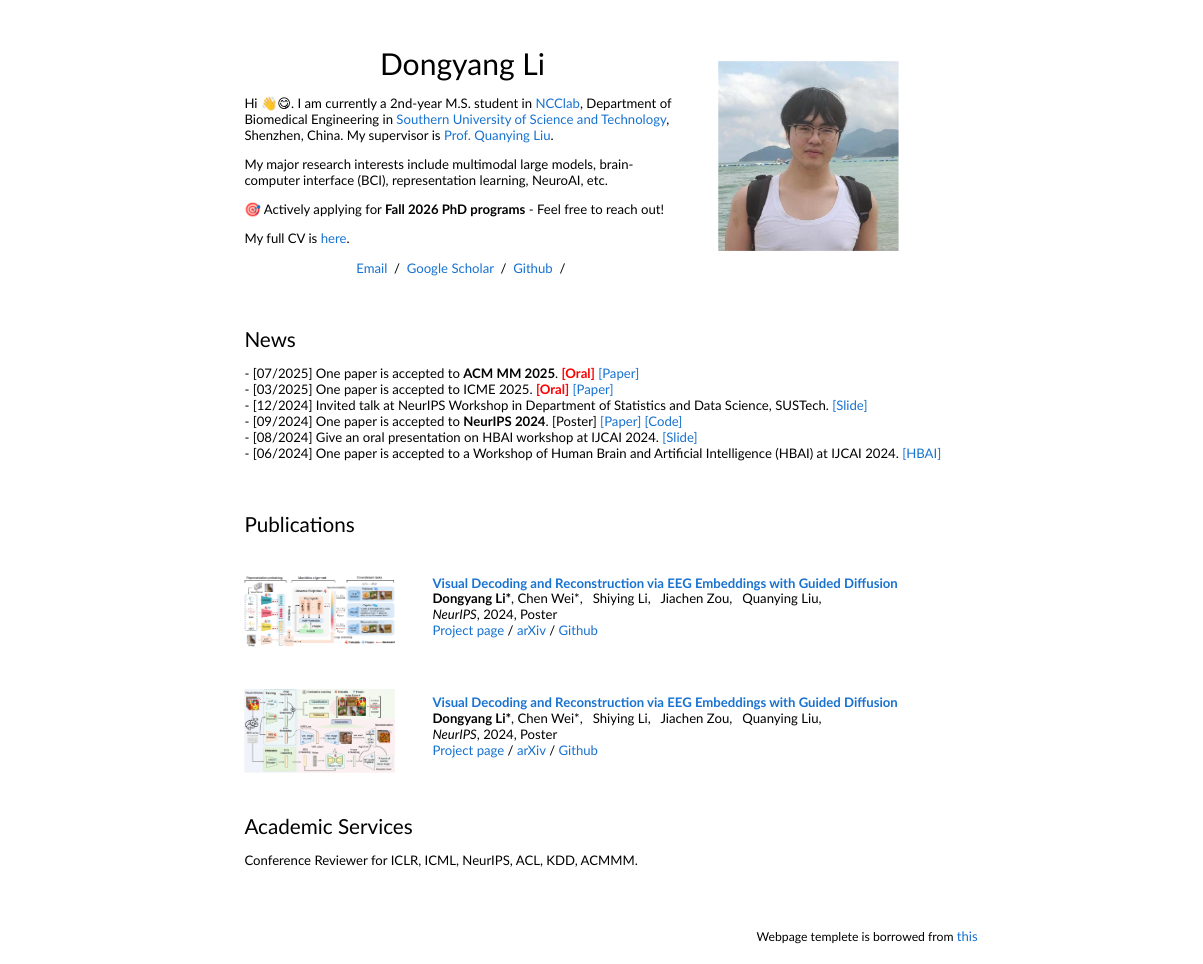
Repository: dongyangli-del/dongyangli-del.github.io
Page: index.html
An editor plug-in stored every save of this project. The page is shown before and after the next save, followed by the edit.
The browser window is 1280 px wide. The pictures show the whole page, at 94% of full size.

Above is the page before, as saved 2025-07-12 20:28:03.

After the next save:
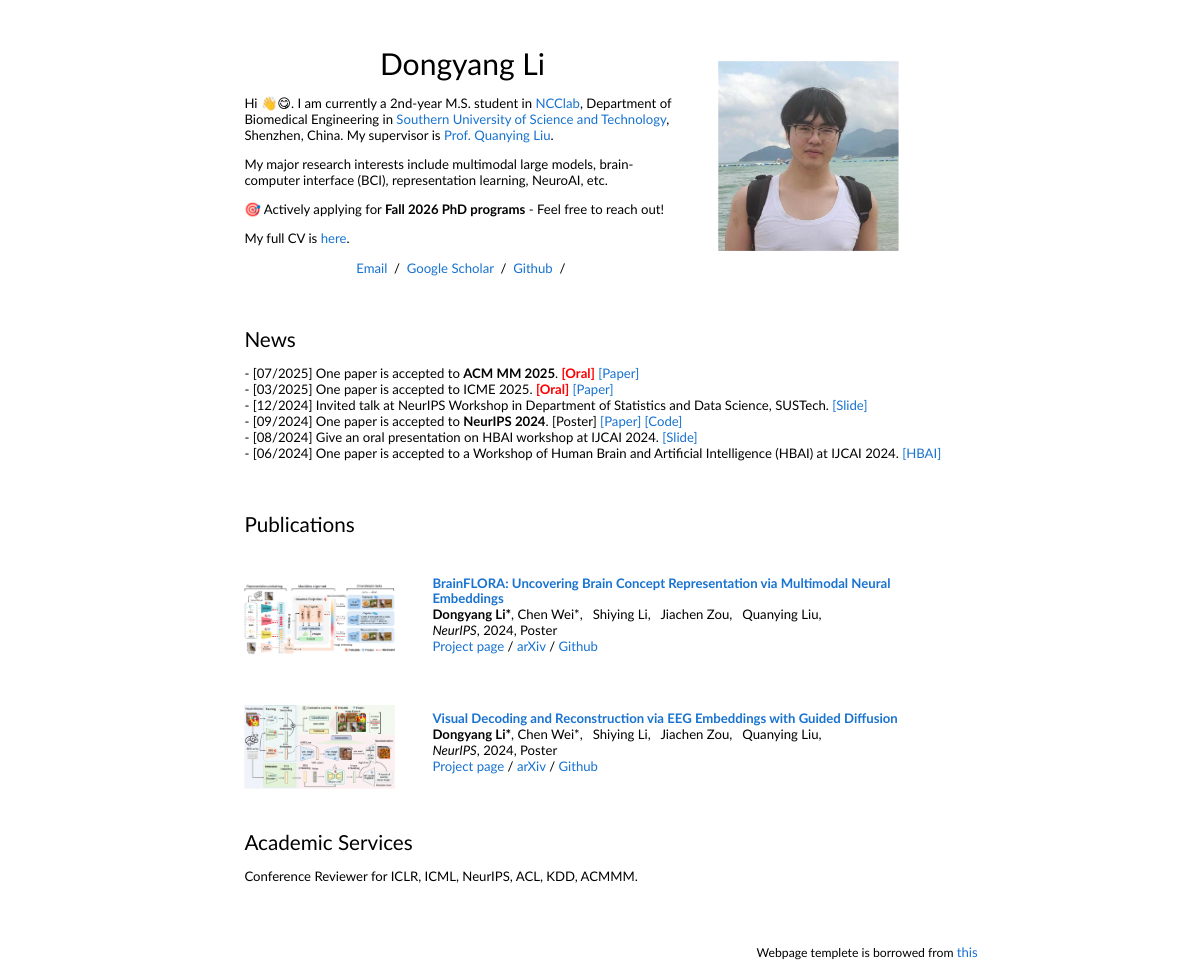
Saved 39 s later.
--- a/index.html
+++ b/index.html
@@ -135,7 +135,7 @@
         </td>
         <td style="padding:20px;width:75%;vertical-align:middle">
           <a href="https://github.com/dongyangli-del/BrainFLORA/">
-            <span class="papertitle">Visual Decoding and Reconstruction via EEG Embeddings with Guided Diffusion</span>
+            <span class="papertitle">BrainFLORA: Uncovering Brain Concept Representation via Multimodal Neural Embeddings</span>
           </a>
           <br>
           <strong>Dongyang Li*</strong>,
